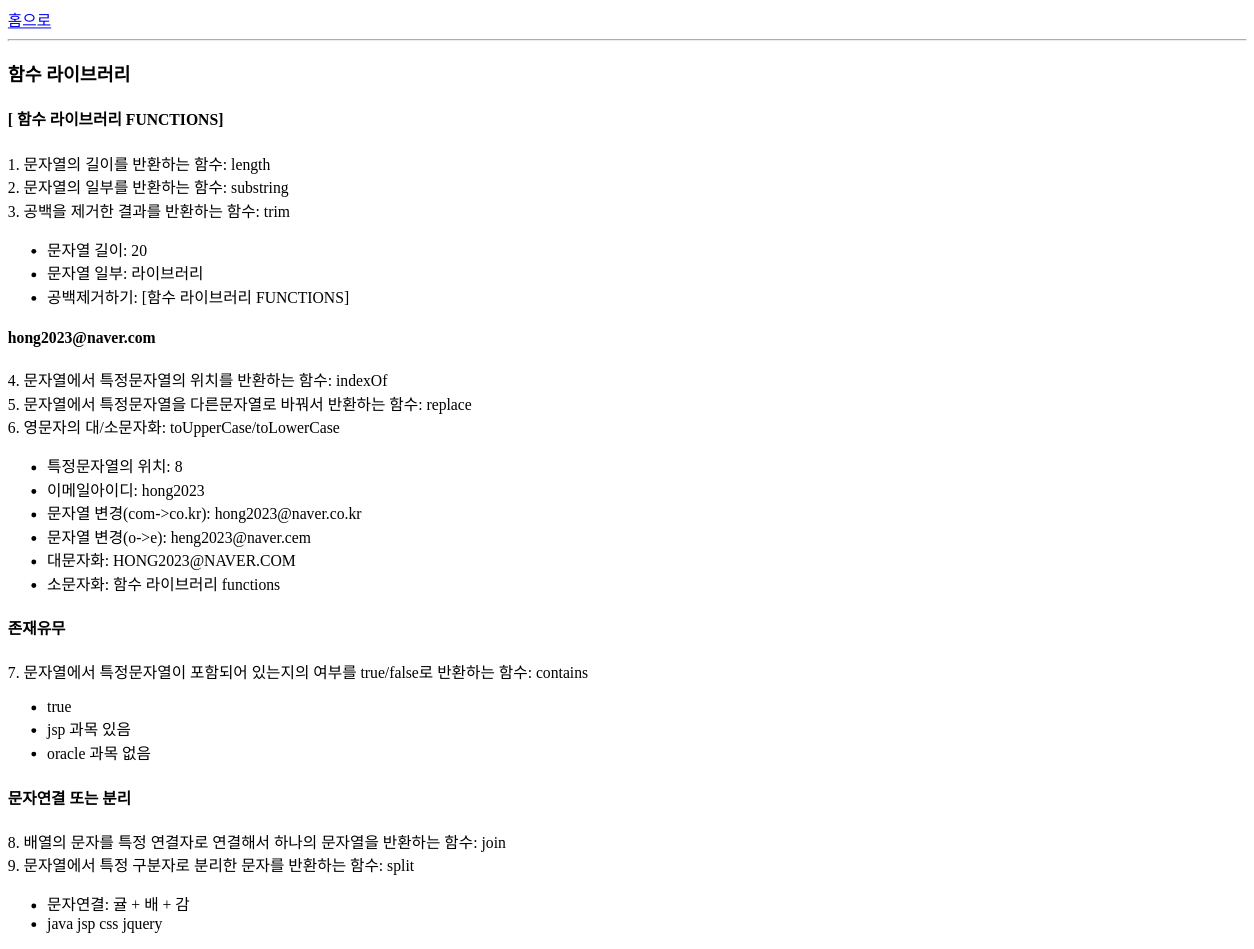
Repository: linklifejo/study_web
Page: http://localhost/servlet02/jstl/functions.jsp
These files come from the project's save history. The page is drawn as it stood at one moment and after the next save; the edit follows.
The browser window is 1280 px wide. The pictures show the whole page, at 98% of full size.
The page is served by Tomcat 9. Other server files are loaded and not shown.

Above is the page before, as saved 2023-02-08 02:10:42.

### servlet02/src/main/webapp/jstl/functions.jsp
<%@ page language="java" contentType="text/html; charset=UTF-8"
    pageEncoding="UTF-8"%>
<%@ taglib uri="http://java.sun.com/jsp/jstl/core" prefix="c"%>
<%@ taglib uri="http://java.sun.com/jsp/jstl/functions" prefix="fn"%>
<!DOCTYPE html>
<html>
<head>
<meta charset="UTF-8">
<title>Insert title here</title>
</head>
<body>
<a href='<c:url value="/"/>'>홈으로</a>
<hr>
<h3>함수 라이브러리</h3>

<c:set var="title" value="  함수 라이브러리 FUNCTIONS" />
<h4>[${title}]</h4>
<div>1. 문자열의 길이를 반환하는 함수: length</div>
<div>2. 문자열의 일부를 반환하는 함수: substring</div>
<div>3. 공백을 제거한 결과를 반환하는 함수: trim</div>
<ul>
	<li>문자열 길이: ${fn: length(title) }</li>
	<li>문자열 일부: ${fn: substring(title,5,10) }</li>
	<li>공백제거하기: [${fn: trim(title) }]</li>
</ul>

<c:set var='email' value='hong2023@naver.com'/>
<h4>${email}</h4>
<div>4. 문자열에서 특정문자열의 위치를 반환하는 함수: indexOf</div>
<div>5. 문자열에서 특정문자열을 다른문자열로 바꿔서 반환하는 함수: replace</div>
<div>6. 영문자의 대/소문자화: toUpperCase/toLowerCase</div>
<ul>
	<li>특정문자열의 위치: ${fn: indexOf(email, '@') } </li>
	<li>이메일아이디: ${fn: substring(email, 0, fn: indexOf(email, '@')) }</li>
	<li>문자열 변경(com->co.kr): ${fn: replace(email, 'com', 'co.kr') }</li>
	<li>문자열 변경(o->e): ${fn: replace(email, 'o', 'e') }</li>
	<li>대문자화: ${fn: toUpperCase(email) }</li>
	<li>소문자화: ${fn: toLowerCase(title) }</li>
</ul>

<c:set var='subject' value='java,jsp/css?jquery'/>
<h4>존재유무</h4>
<div>7. 문자열에서 특정문자열이 포함되어 있는지의 여부를 true/false로 반환하는 함수: contains</div>
<ul>
	<li>${fn: contains(subject, 'jsp') }</li>
	<li><c:if test='${fn: contains(subject, "jsp") }'>jsp 과목 있음</c:if></li>
	<li><c:if test='${not fn: contains(subject, "oracle")}'>oracle 과목 없음</c:if></li>
</ul>
<%
String fruits[] = { "귤", "배", "감" };
%>
<c:set var='fruits' value='<%=fruits%>'/>
<h4>문자연결 또는 분리</h4>
<div>8. 배열의 문자를 특정 연결자로 연결해서 하나의 문자열을 반환하는 함수: join</div>
<div>9. 문자열에서 특정 구분자로 분리한 문자를 반환하는 함수: split</div>
<ul>
	<li>문자연결: ${fn: join(fruits, ' + ') }</li>
	<li><c:forEach items="${fn: split(subject, '?,/')}" var='subject'>
			${subject}
		</c:forEach>
	</li>
</ul>















</body>
</html>

After the next save:
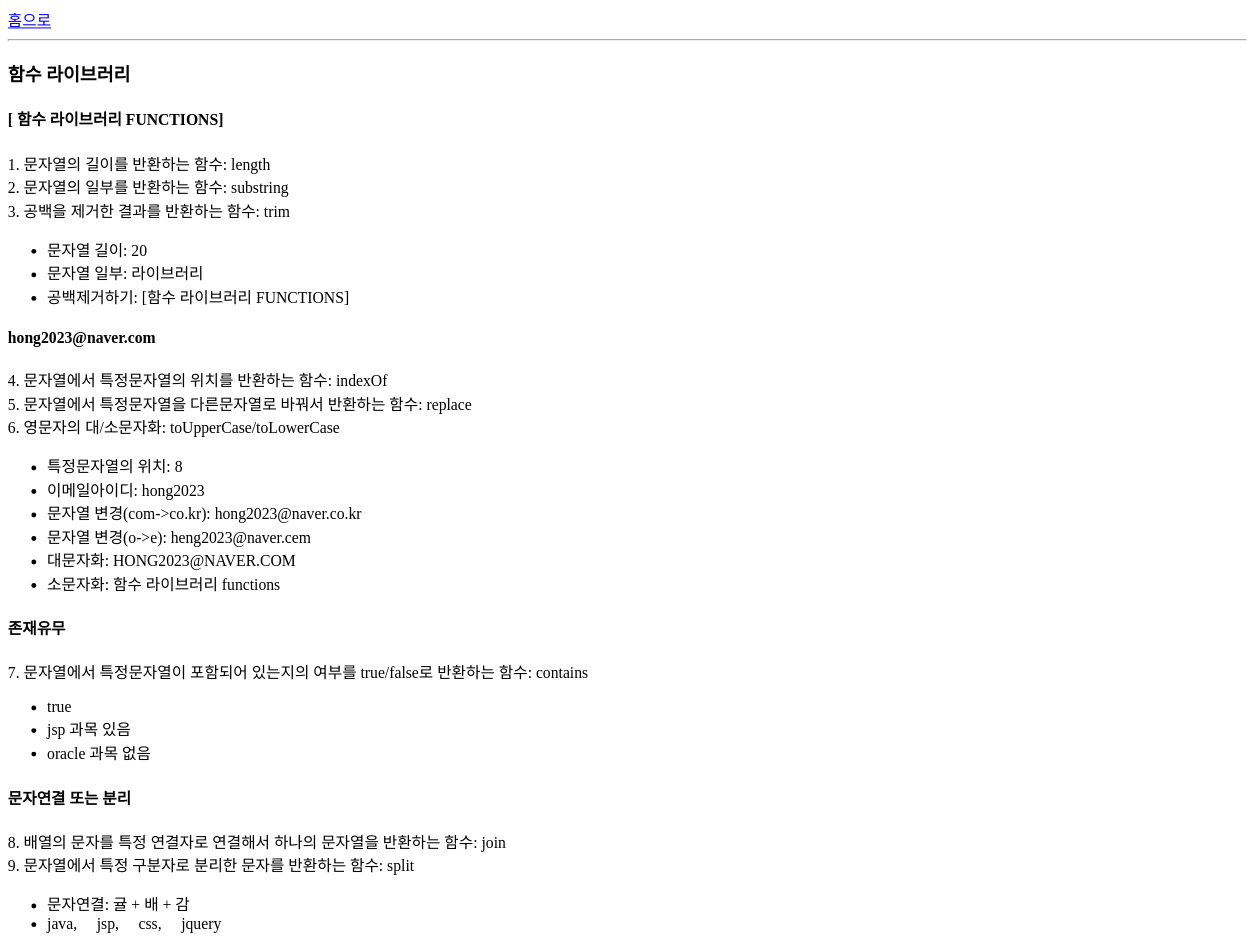
Saved 52 s later.
--- a/servlet02/src/main/webapp/jstl/functions.jsp
+++ b/servlet02/src/main/webapp/jstl/functions.jsp
@@ -55,8 +55,8 @@
 <div>9. 문자열에서 특정 구분자로 분리한 문자를 반환하는 함수: split</div>
 <ul>
 	<li>문자연결: ${fn: join(fruits, ' + ') }</li>
-	<li><c:forEach items="${fn: split(subject, '?,/')}" var='subject'>
-			${subject}
+	<li><c:forEach items="${fn: split(subject, '?,/')}" var='subject' varStatus='state'>
+			${subject}${state.last ? '' : ',&nbsp;&nbsp;&nbsp;&nbsp;' }
 		</c:forEach>
 	</li>
 </ul>
